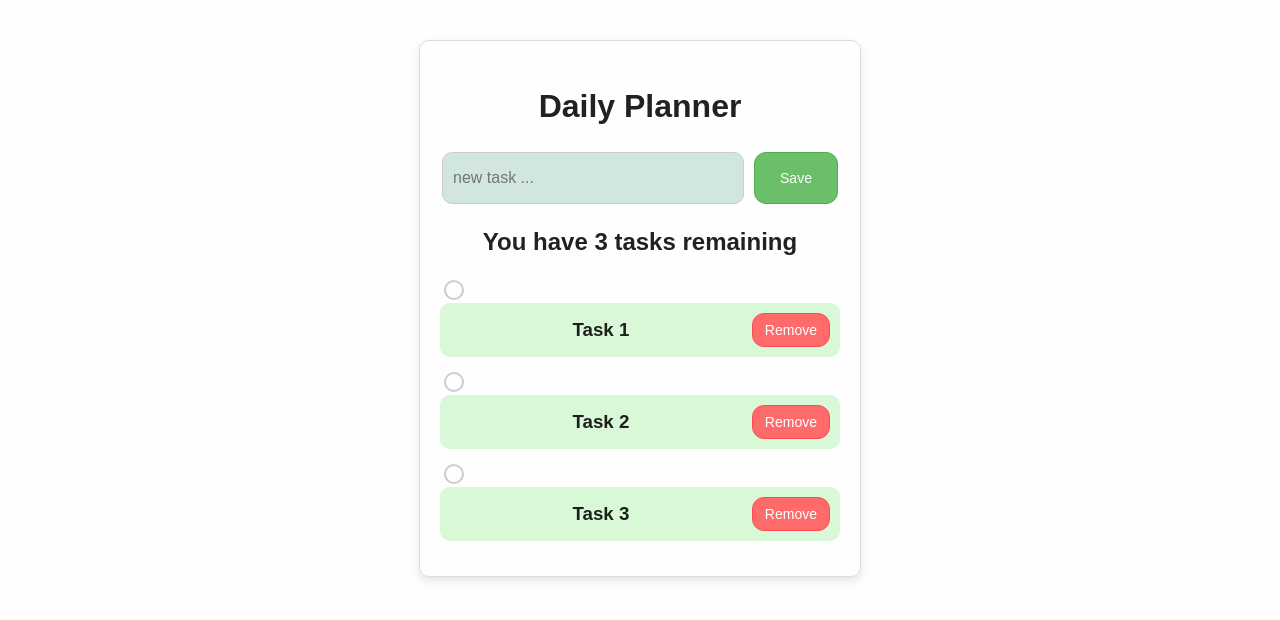
Repository: Zalida-Khan/Frontend-Lab4
Page: /
An editor plug-in stored every save of this project. The page is shown before and after the next save, followed by the edit.
The browser window is 1280 px wide. The pictures show the whole page.
The project was rebuilt for these pictures with package versions that can differ from the ones it lists, and the page was loaded fresh each time. Also part of the build but not shown: vite.config.js.

Above is the page before, as saved 2024-10-22 00:54:06.

After the next save:
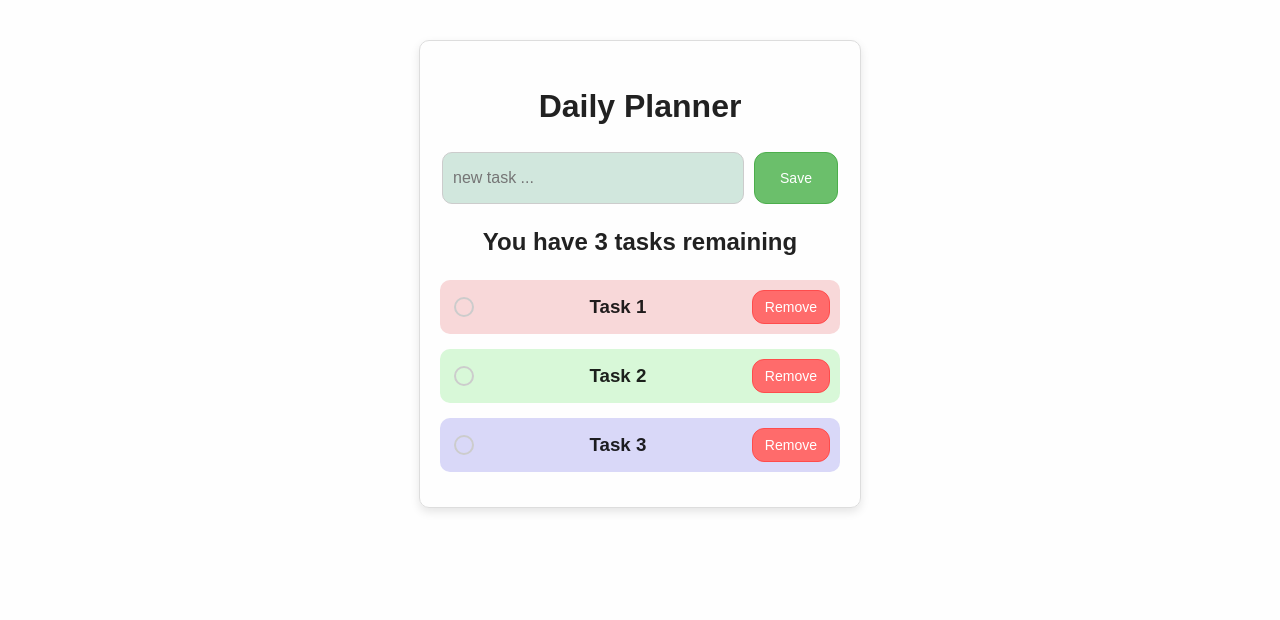
Saved 16 s later.
--- a/src/components/Task.jsx
+++ b/src/components/Task.jsx
@@ -2,12 +2,10 @@ import React from 'react';
 
 function Task({ task, toggleTask, removeTask }) {
   return (
-    <div>      <input className="checkmark" type="checkbox" checked={task.completed} onChange={() => toggleTask(task.id)} />
-
     <div className={`task ${task.completed ? 'completed' : ''}`}>
+      <input className="checkmark" type="checkbox" checked={task.completed} onChange={() => toggleTask(task.id)} />
       <h3>{task.text}</h3>
       <button className="delete-btn" onClick={() => removeTask(task.id)}>Remove</button>
-      </div>
     </div>
   );
 }
